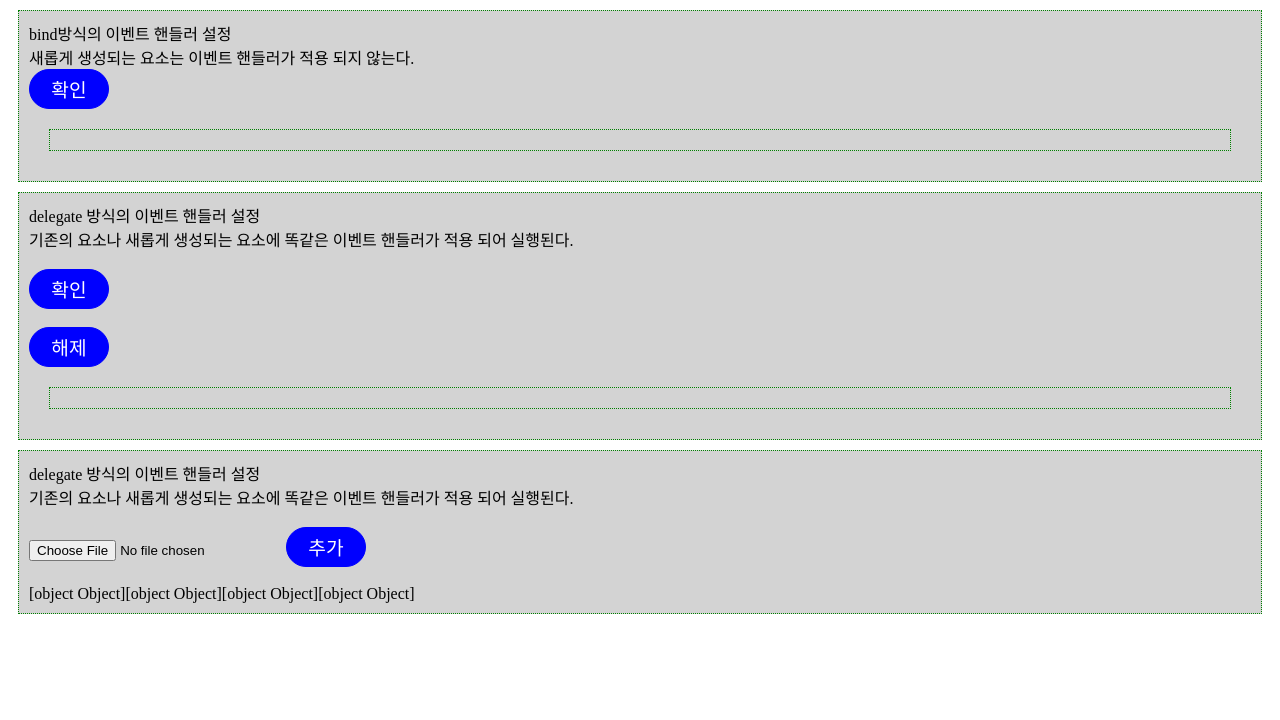
Repository: JJaeHwan/HTML
Page: jquerypro/WebContent/0116/이벤트메소드2.html
These files come from the project's save history. The page is drawn as it stood at one moment and after the next save; the edit follows.
The browser window is 1280 px wide. The pictures show the whole page.
After loading, the first visible `input.btn4` was clicked once.

Above is the page before, as saved 2023-01-16 07:25:14.

After the next save:
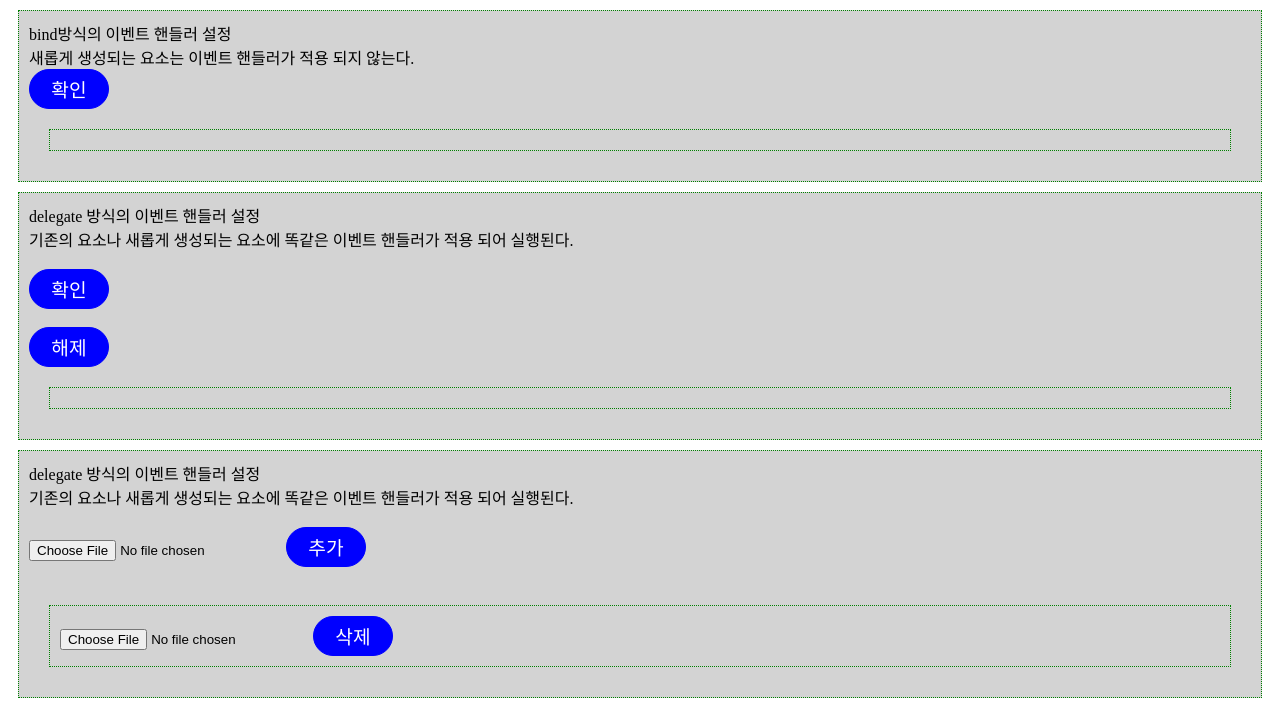
Saved 3 min 29 s later.
--- a/jquerypro/WebContent/0116/이벤트메소드2.html
+++ b/jquerypro/WebContent/0116/이벤트메소드2.html
@@ -33,10 +33,10 @@
 
 		//추가버튼
 		$('.btn4').on('click', function() {
-			vfile = $('<div>');
-			vfile += $('<input type="file" name="file">');
-			vfile += $('<input type="button" value="삭제" class="del">');
-			vfile += $('</div>');
+			vfile = ('<div>');
+			vfile += ('<input type="file" name="file">');
+			vfile += ('<input type="button" value="삭제" class="del">');
+			vfile += ('</div>');
 
 // 			$(vfile).appendTo('#filebox');
 			$('#filebox').append(vfile);
